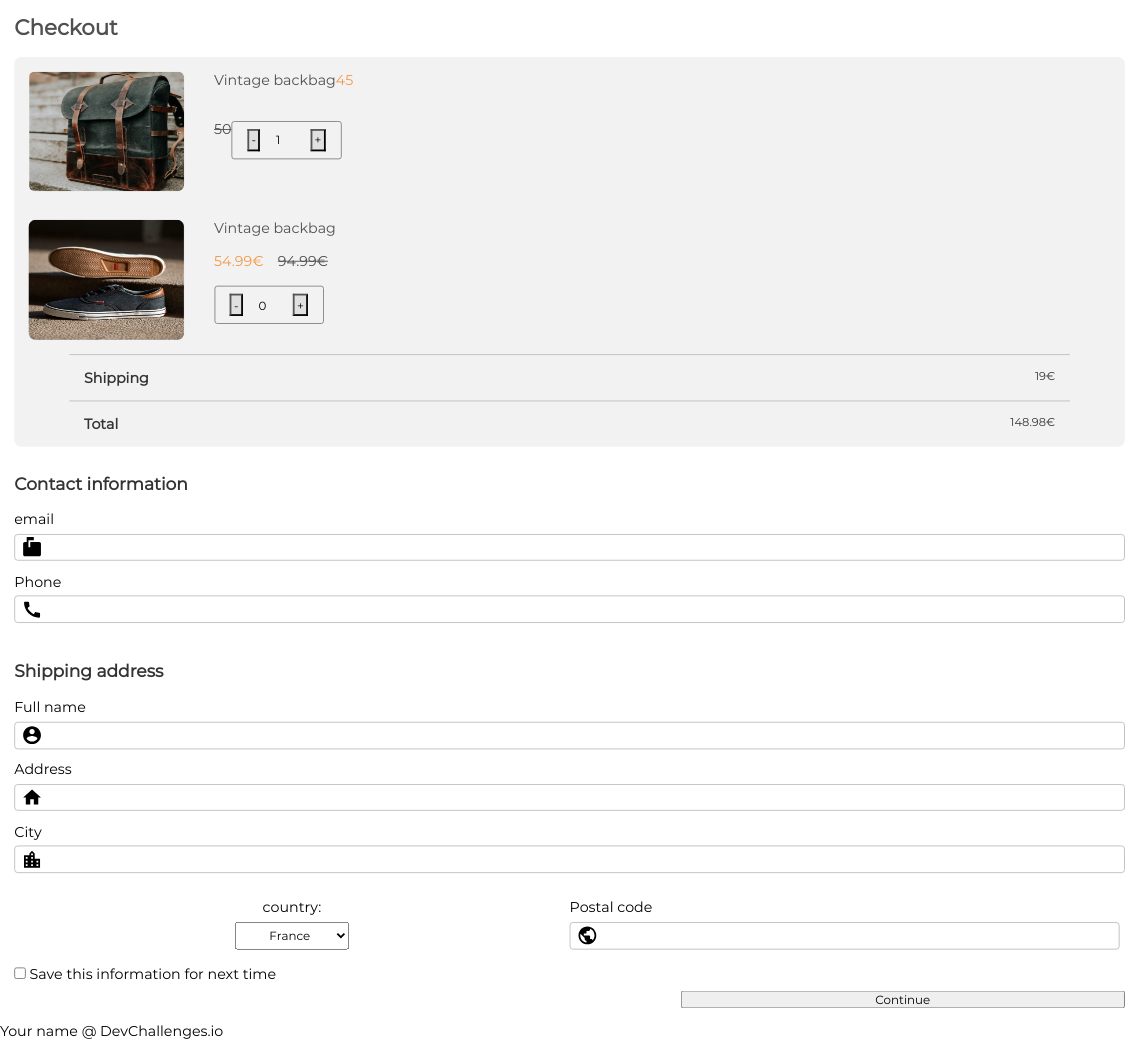
Repository: dubar-jeremy/checkout-page-master
Page: index.html
An editor plug-in stored every save of this project. The page is shown before and after the next save, followed by the edit.
The browser window is 1280 px wide. The pictures show the whole page, at 89% of full size.
The style sheet was rebuilt from its Sass, Less or Tailwind sources for each picture, by a compiler version that may differ from the author's.

Above is the page before, as saved 2021-02-05 23:35:28.

After the next save:
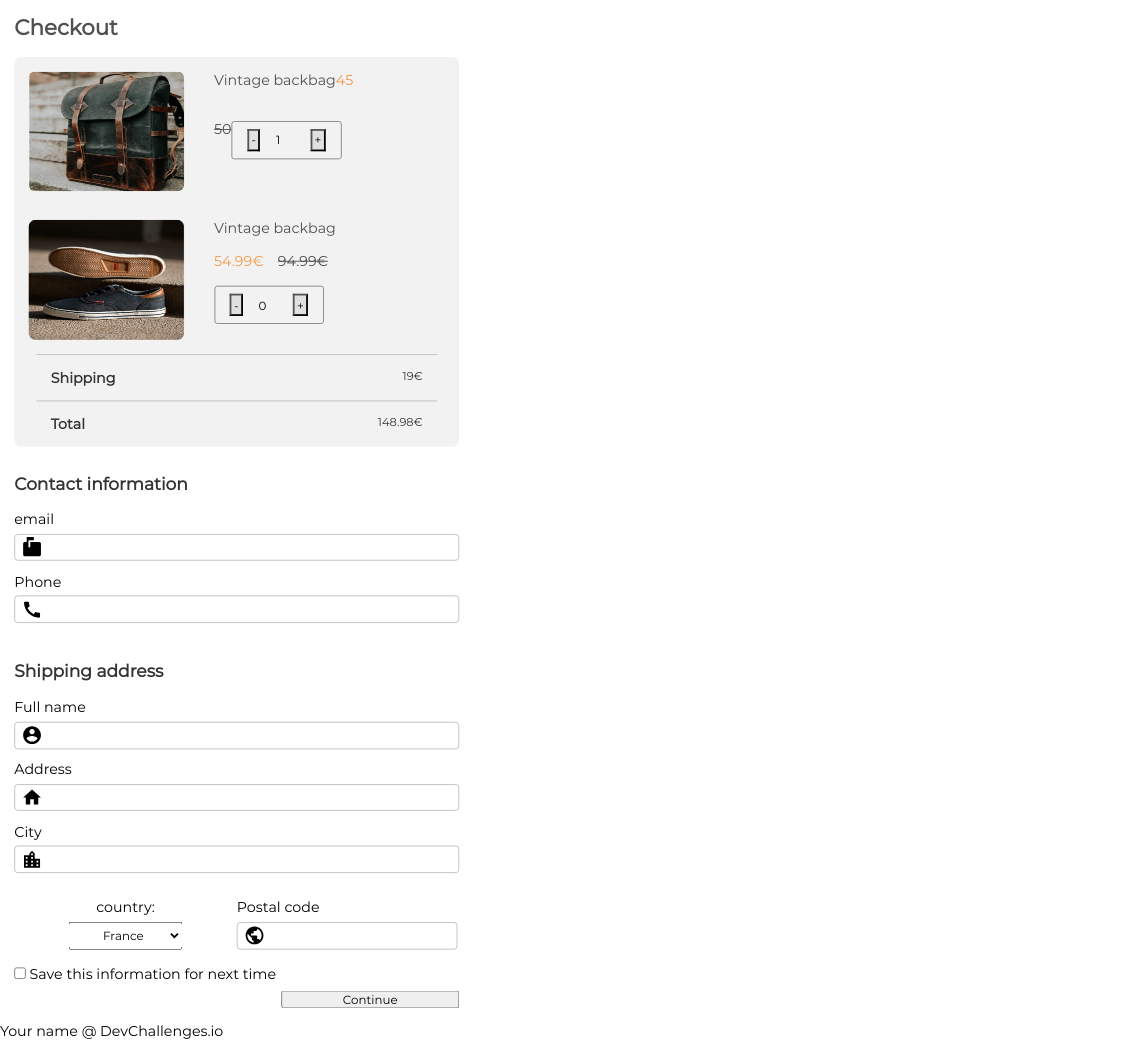
Saved 114 s later.
--- a/style/style.scss
+++ b/style/style.scss
@@ -33,6 +33,7 @@ $background-price: #f2f2f2;
   display: grid;
   grid-template-columns: 1fr;
   margin: 1em;
+  max-width: 500px; //mobile only pour le moment.
 
   h1 {
     grid-row: 1 / 2;
